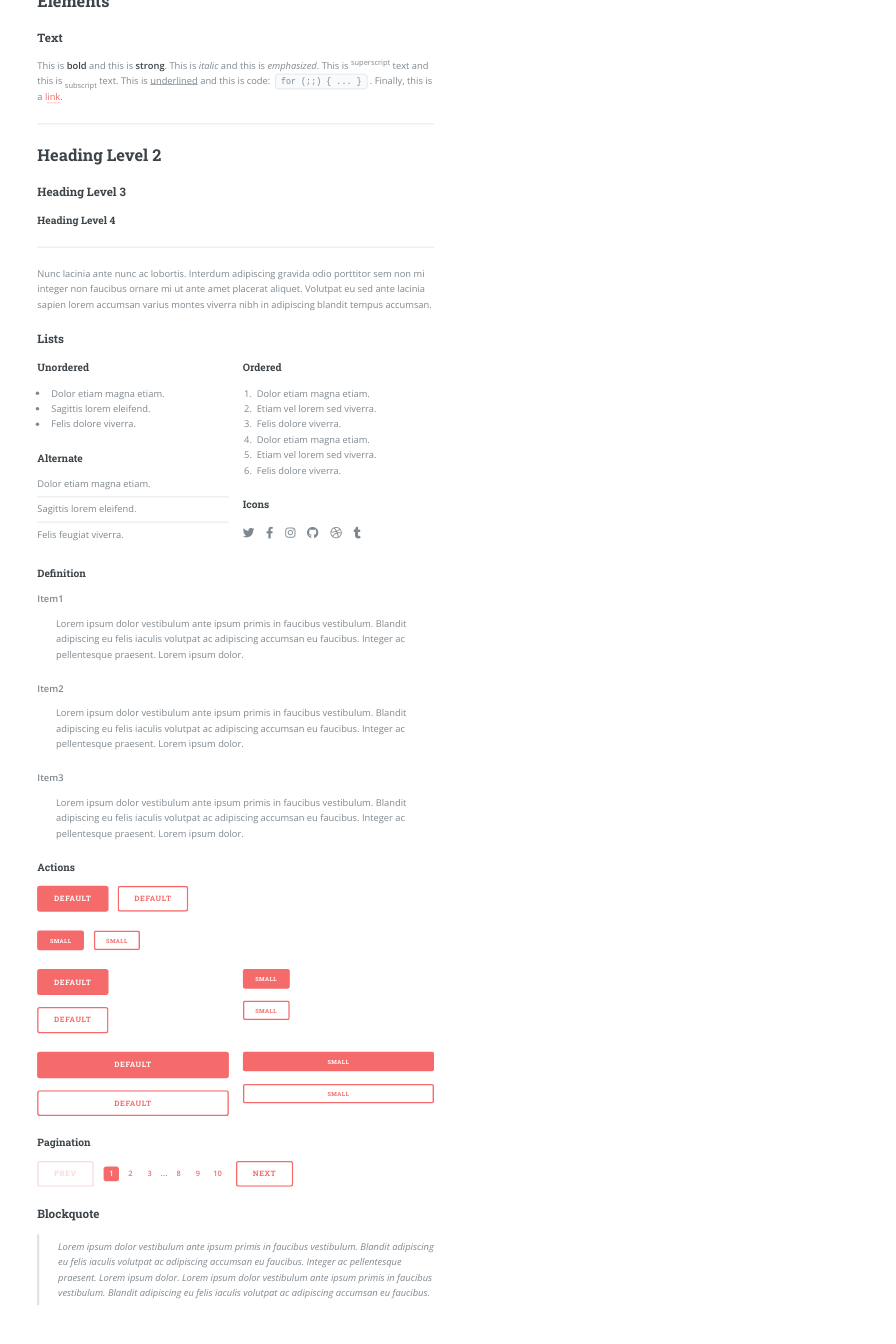
Repository: rachel648/New_Elite
Page: elements.html
These files come from the project's save history. The page is drawn as it stood at one moment and after the next save; the edit follows.
The browser window is 1280 px wide. The pictures show the part of the page from y = 878 to 2798 px (the page is 2798 px tall before and 2406 px after), at 70% of full size.

Above is the page before, as saved 2024-10-14 12:10:35.

After the next save:
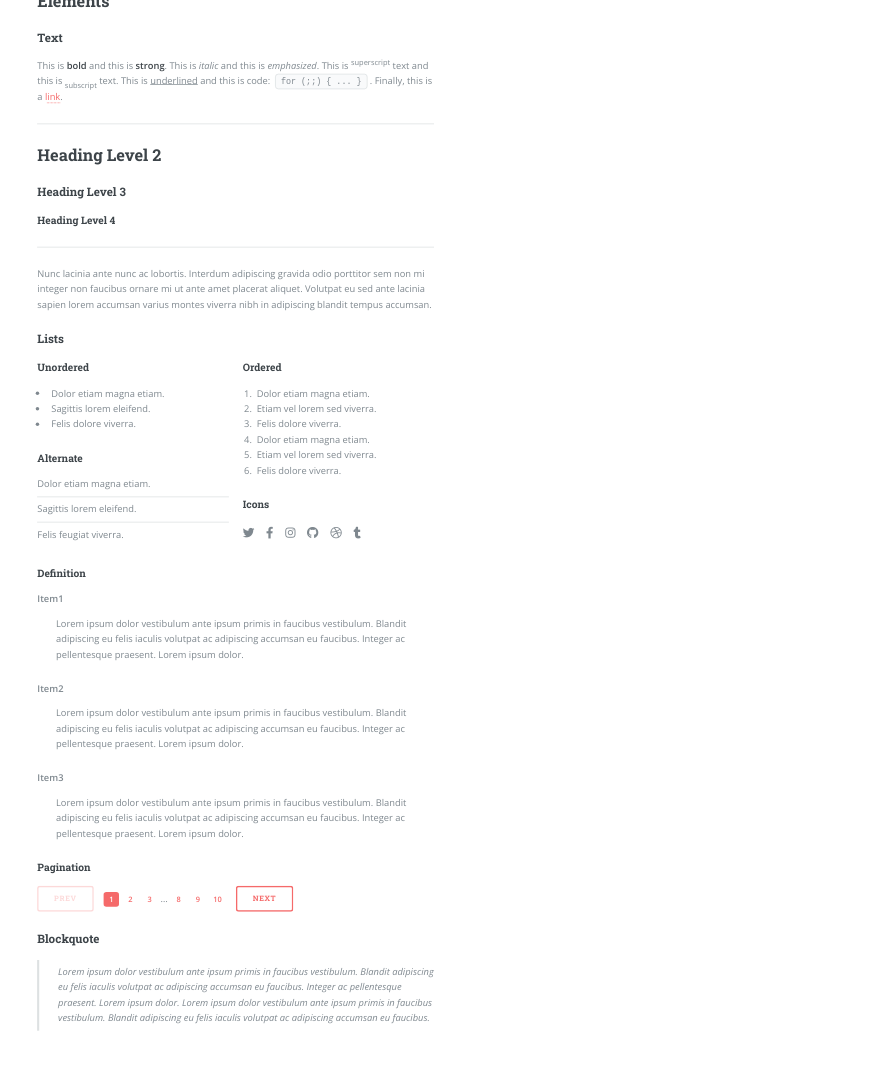
Saved 25 s later.
--- a/elements.html
+++ b/elements.html
@@ -140,41 +140,6 @@
 														</dd>
 													</dl>
 
-													<h4>Actions</h4>
-													<ul class="actions">
-														<li><a href="#" class="button primary">Default</a></li>
-														<li><a href="#" class="button">Default</a></li>
-													</ul>
-													<ul class="actions small">
-														<li><a href="#" class="button primary small">Small</a></li>
-														<li><a href="#" class="button small">Small</a></li>
-													</ul>
-													<div class="row">
-														<div class="col-6 col-12-small">
-															<ul class="actions stacked">
-																<li><a href="#" class="button primary">Default</a></li>
-																<li><a href="#" class="button">Default</a></li>
-															</ul>
-														</div>
-														<div class="col-6 col-12-small">
-															<ul class="actions stacked">
-																<li><a href="#" class="button primary small">Small</a></li>
-																<li><a href="#" class="button small">Small</a></li>
-															</ul>
-														</div>
-														<div class="col-6 col-12-small">
-															<ul class="actions stacked">
-																<li><a href="#" class="button primary fit">Default</a></li>
-																<li><a href="#" class="button fit">Default</a></li>
-															</ul>
-														</div>
-														<div class="col-6 col-12-small">
-															<ul class="actions stacked">
-																<li><a href="#" class="button primary small fit">Small</a></li>
-																<li><a href="#" class="button small fit">Small</a></li>
-															</ul>
-														</div>
-													</div>
 
 													<h4>Pagination</h4>
 													<ul class="pagination">
